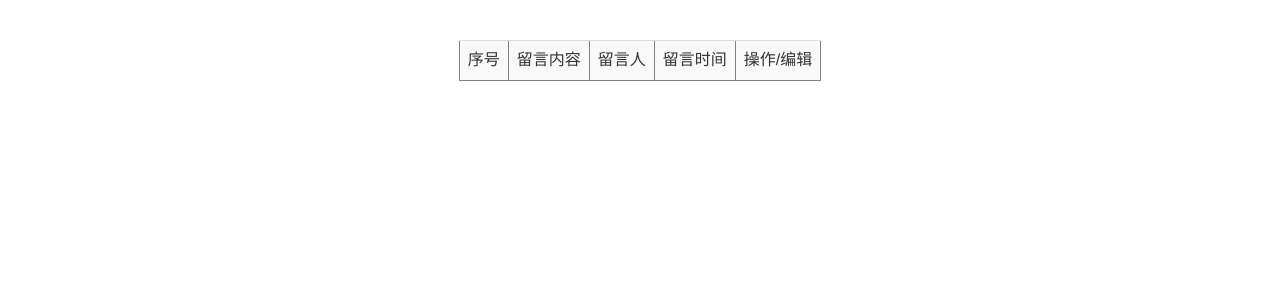
Repository: suxiaohutot/PHP
Page: http://localhost/liuyanlist.php
The author's editor kept a copy of each file at every save. The page is drawn from the files as they stood at one save, then again after the next save.
The browser window is 1280 px wide. The pictures show the whole page.
The page is run by PHP 8.4 with error messages shown; the project is at /var/www/html/. Queries for data that is not in the repository find no rows.

Above is the page before, as saved 2019-11-05 08:08:14.

### test/liuyanlist.php
<html>
<head>
<meta charset="utf-8"/>
<link href="css/bootstrap.min.css" rel="stylesheet" />
	<style type="text/css">
	body{ text-align:center}
	</style>
</head>
<body>
<br>
<div class="form-inline">
			<div class="form-group">
			<h2></h2>
    <?php
    include 'DB.php';
    $sqli="select * from liuyan";
    dbcon();
    $seti=mysqli_query($dbcon,$sqli);
    ?>
<table border='1' class="table table-striped">
    		<tr>
    			<td>序号</td>
            	<td>留言内容</td>
            	<td>留言人</td>
            	<td>留言时间</td>
            	<td>操作/编辑</td>
    		</tr><?php
    while ($reut=mysqli_fetch_assoc($seti)){
    ?><tr><?php
        foreach ($reut as $v)
        {
            echo "<td>".$v."</td>";
        }
        $time=$reut['time'];
        $id=$reut['id'];
    ?>
    			<td>
            		<a href="delt.php?url=delt.php&id=<?php echo $id ?>">删除</a>&nbsp;&nbsp;
            		<a href="edit.php?id=<?php echo $id ?>">编辑</a>

                </td>
    	</tr>
    	<?php }?>
    	</table>

<br>
<!-- <a href='dengluhtml.php' class="btn btn-success btn-lg">重新登录</a> -->


</div>
</div>
</body>
</html>

### test/DB.php
<?php
$dbcon=null;
function dbcon(){
    global $dbcon;
    $dbcon=mysqli_connect('localhost','root','');
    mysqli_select_db($dbcon, 'test');
    mysqli_query($dbcon, "set names utf8");
}
function close(){
    global $dbcon;
    if($dbcon){
        mysqli_close($dbcon);
    }
}
?>

Loaded but not shown: test/css/bootstrap.min.css (library)

After the next save:
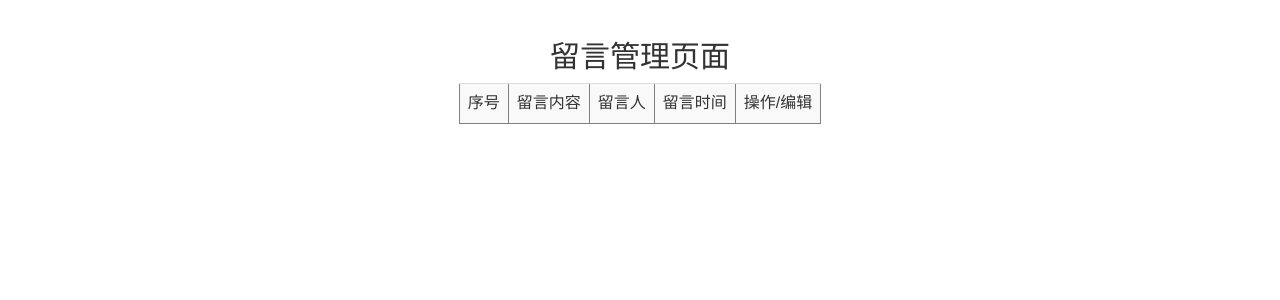
Saved 7 s later.
--- a/test/liuyanlist.php
+++ b/test/liuyanlist.php
@@ -10,7 +10,7 @@
 <br>
 <div class="form-inline">
 			<div class="form-group">
-			<h2></h2>
+			<h2>留言管理页面</h2>
     <?php
     include 'DB.php';
     $sqli="select * from liuyan";
